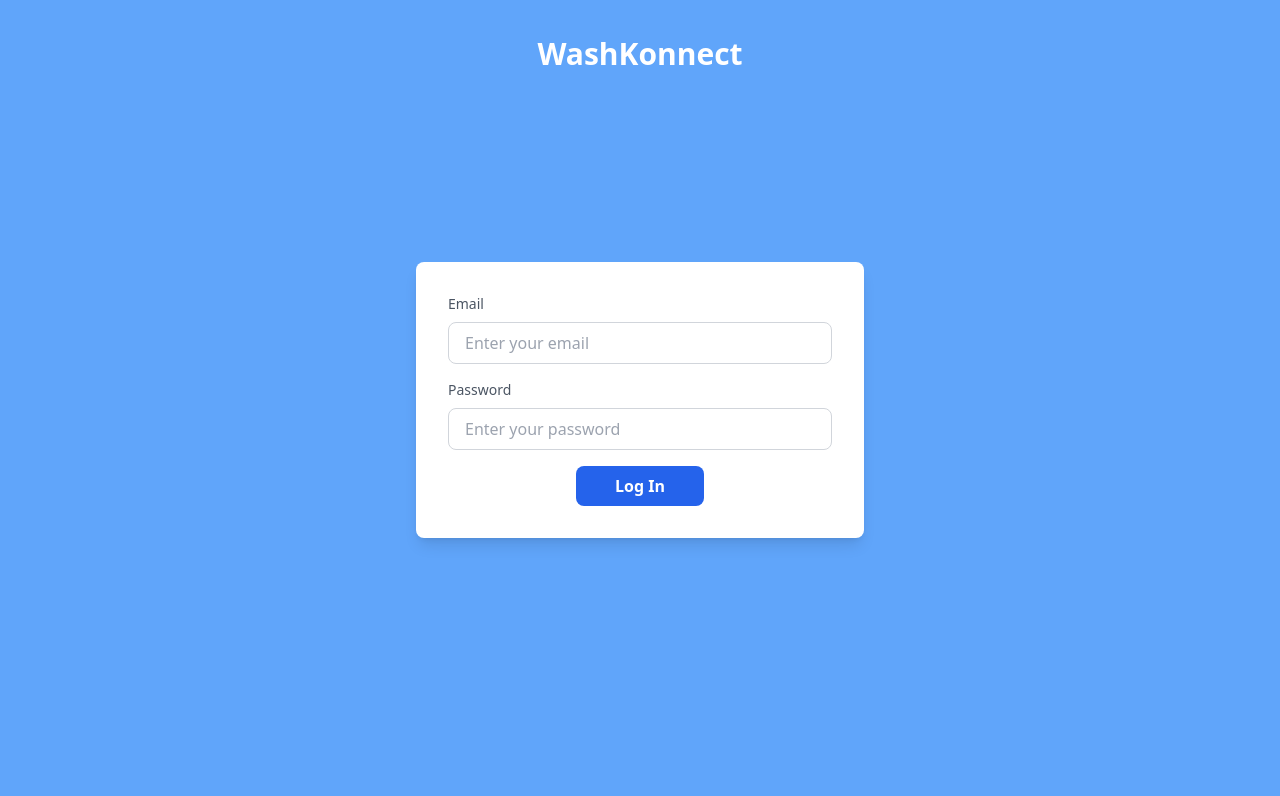
Repository: TEKVOLUTION-LTD/Admin-washKonnect
Page: / (app in Admin-WashKonnect/)
An editor plug-in stored every save of this project. The page is shown before and after the next save, followed by the edit.
The browser window is 1280 px wide. The pictures show the whole page.
The project was rebuilt for these pictures with package versions that can differ from the ones it lists, and the page was loaded fresh each time. Also part of the build but not shown: Admin-WashKonnect/vite.config.js.

Above is the page before, as saved 2024-11-13 02:43:11.

After the next save:
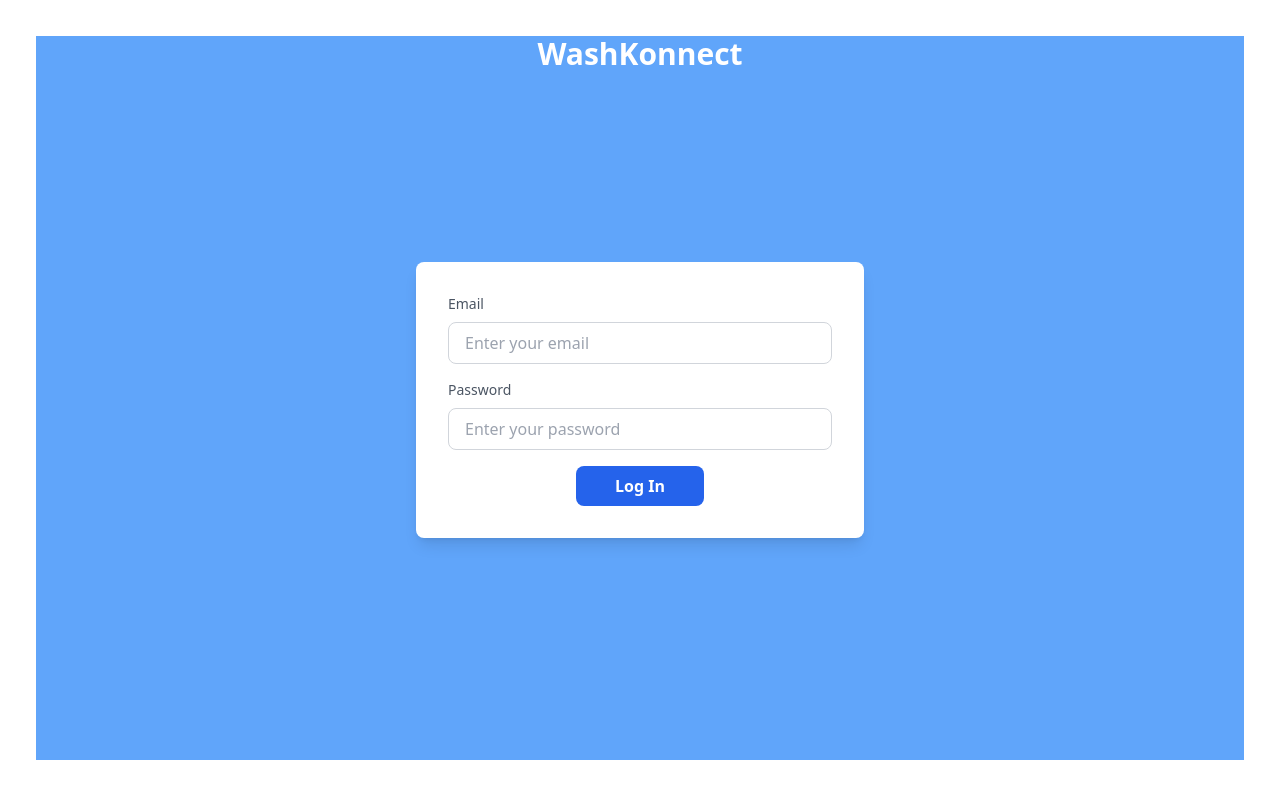
Saved 14 s later.
--- a/Admin-WashKonnect/src/components/Login.jsx
+++ b/Admin-WashKonnect/src/components/Login.jsx
@@ -16,7 +16,7 @@ const Login = () => {
   return (
 
     <>
-<div className=' bg-blue-400 p-9 scroll-m-0'>
+<div className=' bg-blue-400 m-9 '>
   <div className=''> <h1 className='block  font-bold text-3xl mb-[-2rem] text-white'>WashKonnect</h1></div>
 
 <div className="flex  items-center justify-center min-h-screen ">
